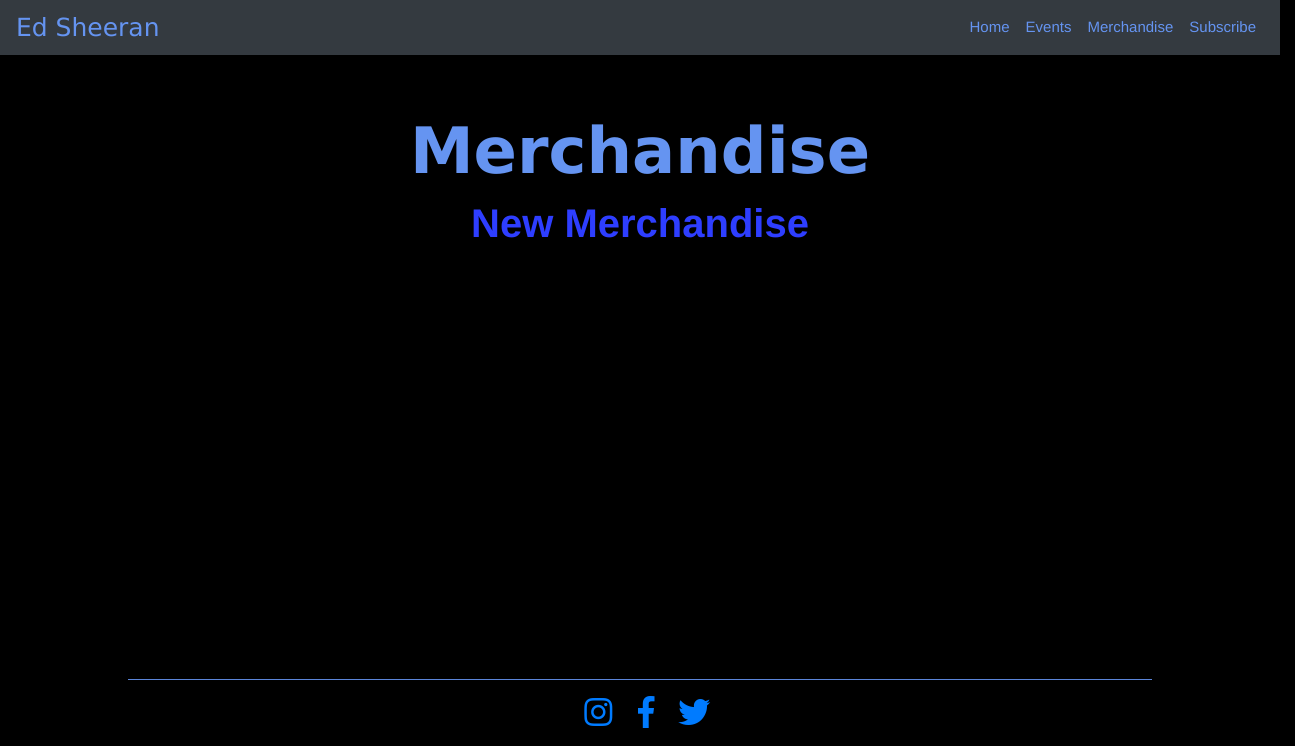
Repository: amit238/milestone-project-1
Page: merchandise.html
The author's editor kept a record of every edit. The page is drawn from the files as they stood at one moment, then again after the next edit.
The browser window is 1280 px wide. The page is 1295 px wide, so the pictures cover 1295 px, including what lies to the right of the window. The pictures show the whole page.
Some web libraries are served in a nearby version.

Above is the page before.

After the next edit:
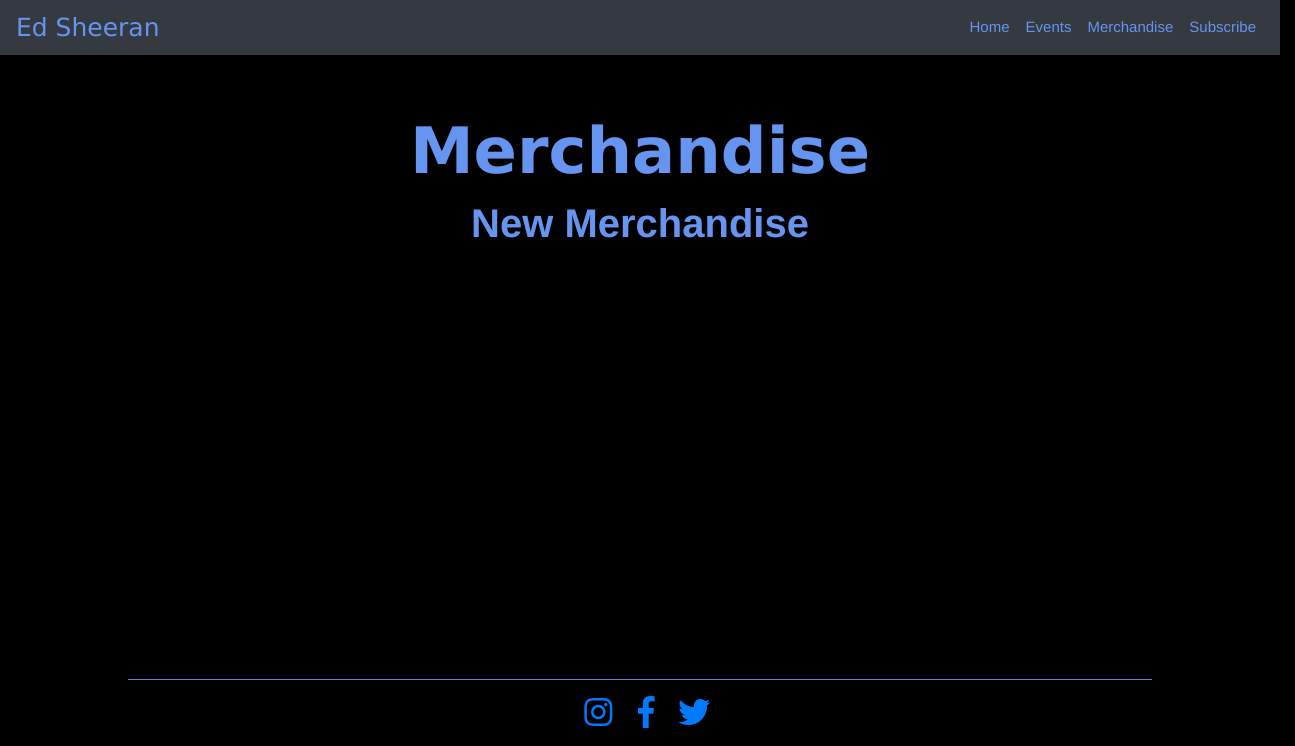
The edit:
--- a/assets/css/style.css
+++ b/assets/css/style.css
@@ -195,7 +195,7 @@
 }
 
 .NewMerch {
-    color: #2E3EFF;#6594F1;
-    font-weight: 600;
-    font-family: Helvetica, sans-serif;
-}
+    color: #6594F1;
+    font-weight: 600;
+    font-family: Helvetica, sans-serif;
+}
